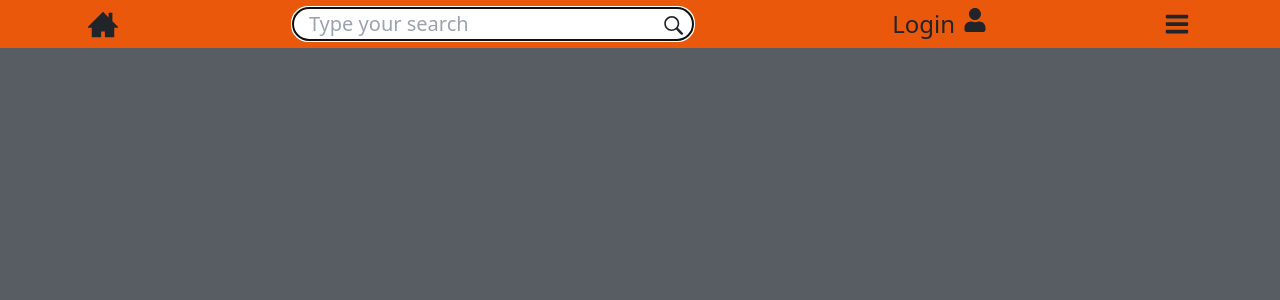
Repository: ShindanoSingi/bembe-tube
Page: /homePage
An editor plug-in stored every save of this project. The page is shown before and after the next save, followed by the edit.
The browser window is 1280 px wide. The pictures show the whole page.
The page's requests for data from a server got no answer. Some web libraries are served in a nearby version. The project was rebuilt for these pictures with package versions that can differ from the ones it lists, and the page was loaded fresh each time. No one was signed in, and anything a server would have sent is missing. Also part of the build but not shown: src/Components/WelcomePage.css, src/Components/WelcomePage.js, src/Components/VideoIframe.css, src/Components/VideoIframe.js, src/Components/Wait.js, src/Components/VideoCardsPlayer.css, src/Components/VideoCardsPlayer.js, src/Components/Nav.css and 15 more.

Above is the page before, as saved 2022-10-06 00:27:11.

After the next save:
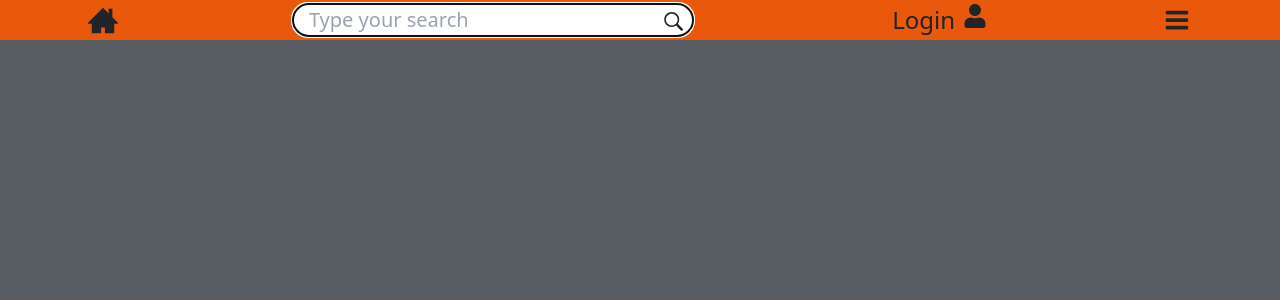
Saved 110 s later.
--- a/src/Components/Nav.js
+++ b/src/Components/Nav.js
@@ -17,7 +17,7 @@ const Nav = ({
 }) => { // console.log(forwardedRef)
 
      return (
-          <div className=" flex justify-around items-center w-screen py-2 bg-orange-600 md:py-4">
+          <div className="flex items-center justify-around w-screen py-1 bg-orange-600  md:py-4">
                <HomeHistoryPlaylistIcons/> {/* <Link to="/about">
         <button
           className="text-md md:text-2xl"
